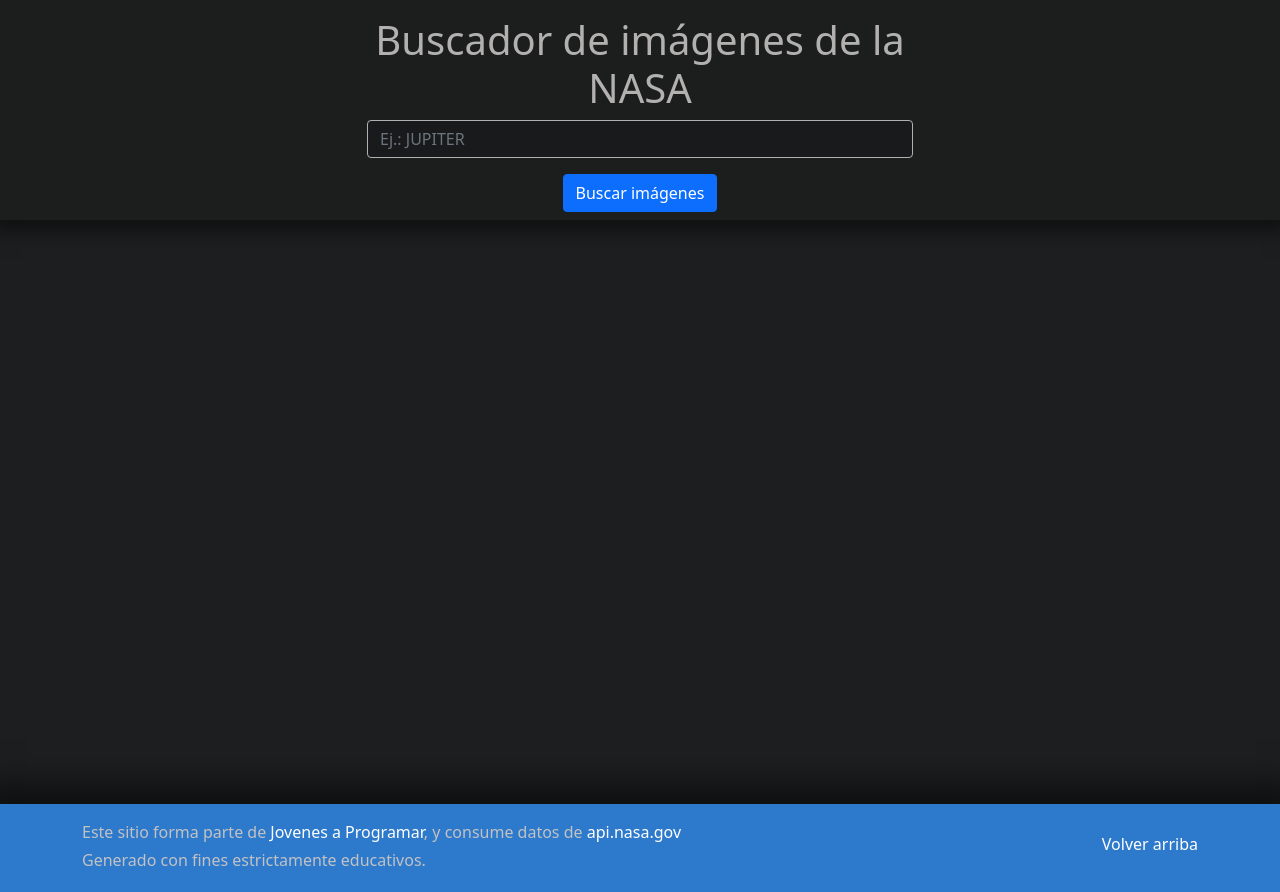
Repository: romancegirl/galaxies
Page: index.html
These files come from the project's save history. The page is drawn as it stood at one moment and after the next save; the edit follows.
The browser window is 1280 px wide. The pictures show the whole page.

Above is the page before, as saved 2024-11-30 04:04:54.

After the next save:
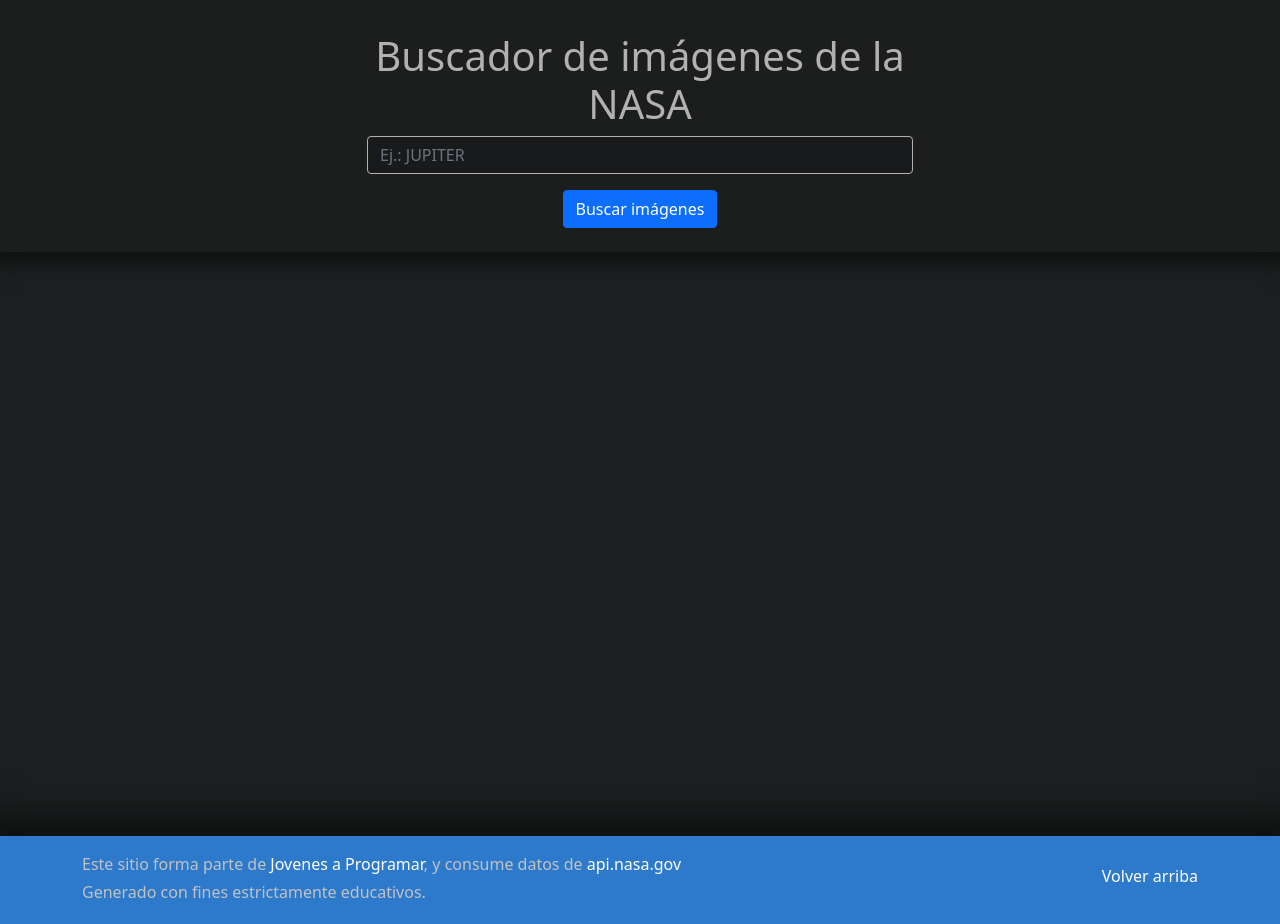
Saved 13 s later.
--- a/index.html
+++ b/index.html
@@ -15,8 +15,8 @@
   <header>
     <div class="d-flex justify-content-around align-items-center" id="intro">
       <div class="text-center container">
-        <div class="row">
-          <div class="col-lg-6 col-md-8 mx-auto">
+        <div class="row py-lg-3">
+          <div class="col-lg-6 mx-auto">
             <h1 class="fw-light">Buscador de imágenes de la NASA</h1>
             <input type="search" class="form-control" name="buscar" id="inputBuscar" placeholder="Ej.: JUPITER">
             <button class="btn btn-primary my-2" id="btnBuscar">Buscar imágenes</button>
